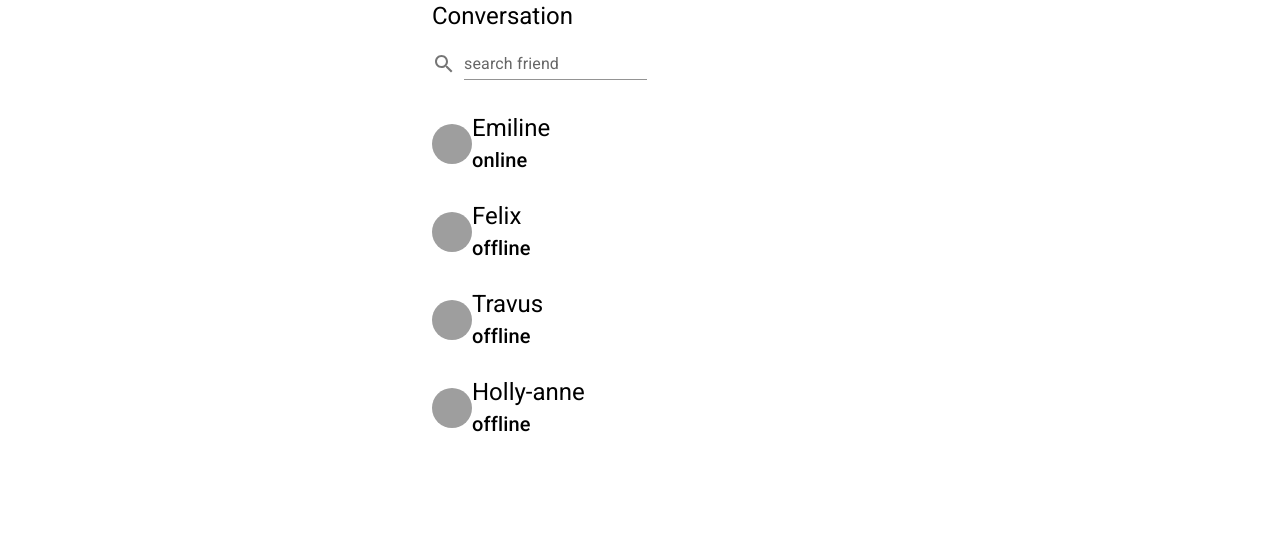
Repository: GokulDev4U/Immence_task
Page: /conversation
An editor plug-in stored every save of this project. The page is shown before and after the next save, followed by the edit.
The browser window is 1280 px wide. The pictures show the whole page.
Pictures or frames that could not be fetched are drawn as grey boxes. The project was rebuilt for these pictures with package versions that can differ from the ones it lists, and the page was loaded fresh each time. Also part of the build but not shown: src/App.css, src/components/SinglePost/SinglePost.jsx, src/data/posts.js, src/components/Home/Home.jsx.

Above is the page before, as saved 2022-05-07 17:19:15.

After the next save:
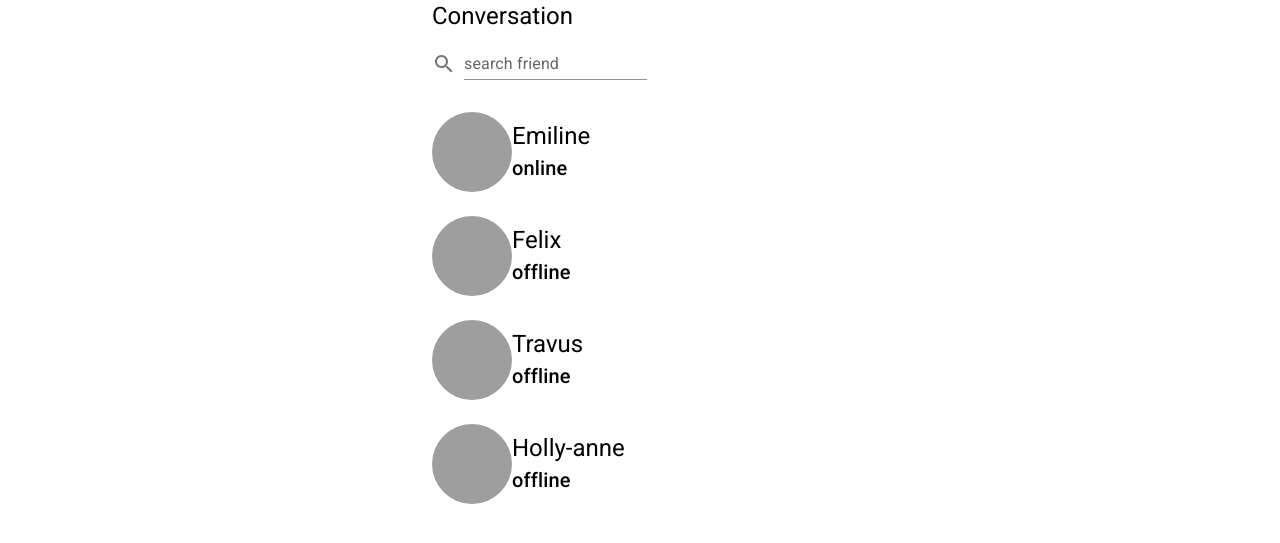
Saved 73 s later.
--- a/src/components/ConversationList/ConversationList.jsx
+++ b/src/components/ConversationList/ConversationList.jsx
@@ -8,7 +8,7 @@ import { display } from '@mui/system';
 const ConversationList = ({ name, status, img }) => {
     return (
         <Box sx={{ display: 'flex', alignItems: 'center', marginBottom: 3 }}>
-            <Avatar alt="Img" src={img} />
+            <Avatar alt="Img" src={img} sx={{ width: 80, height: 80 }} />
             <Box>
                 <Typography variant="h5">{name}</Typography>
                 <Typography variant="h6">{status}</Typography>
